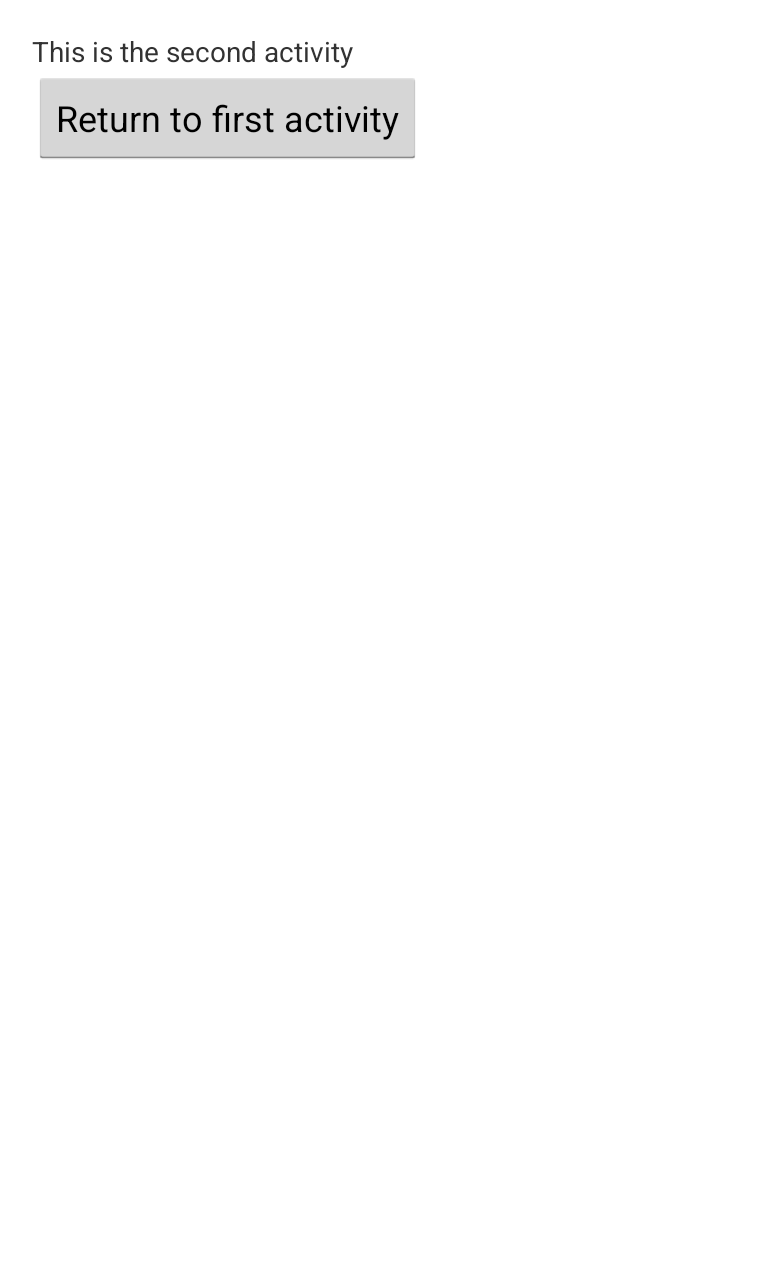
Repository: ericMedeiros93/Android-Dev
Layout: week5_intnet/res/layout/activity_third.xml
These files come from the project's save history. The layout is drawn as it stood at one moment and after the next save; the edit follows.
It is drawn on a 768 x 1280 px phone screen (xhdpi) without system bars, with theme AppTheme; the app's code is not run.

Above is the layout before, as saved 2014-10-01 15:56:26.

### week5_intnet/res/layout/activity_third.xml
<LinearLayout xmlns:android="http://schemas.android.com/apk/res/android"
    xmlns:tools="http://schemas.android.com/tools"
    android:layout_width="match_parent"
    android:layout_height="match_parent"
    android:orientation="vertical"
    android:paddingBottom="@dimen/activity_vertical_margin"
    android:paddingLeft="@dimen/activity_horizontal_margin"
    android:paddingRight="@dimen/activity_horizontal_margin"
    android:paddingTop="@dimen/activity_vertical_margin"
    tools:context="com.ericmedeiros.week5_intnet.MainActivity" >

    <TextView
        android:id="@+id/txtSecondActivity"
        android:layout_width="wrap_content"
        android:layout_height="wrap_content"
        android:text="This is the second activity"/>

     <Button
        android:id="@+id/btnReturn"
        android:layout_width="wrap_content"
        android:layout_height="wrap_content"
        android:onClick="closeSelf"
        android:text="Return to first activity"/>

</LinearLayout>

Loaded but not shown: week5_intnet/res/values/styles.xml (common file); week5_intnet/res/values-v11/styles.xml (common file); week5_intnet/res/values-v14/styles.xml (common file); week5_intnet/res/values/dimens.xml (common file); week5_intnet/res/values-w820dp/dimens.xml (common file)

After the next save:
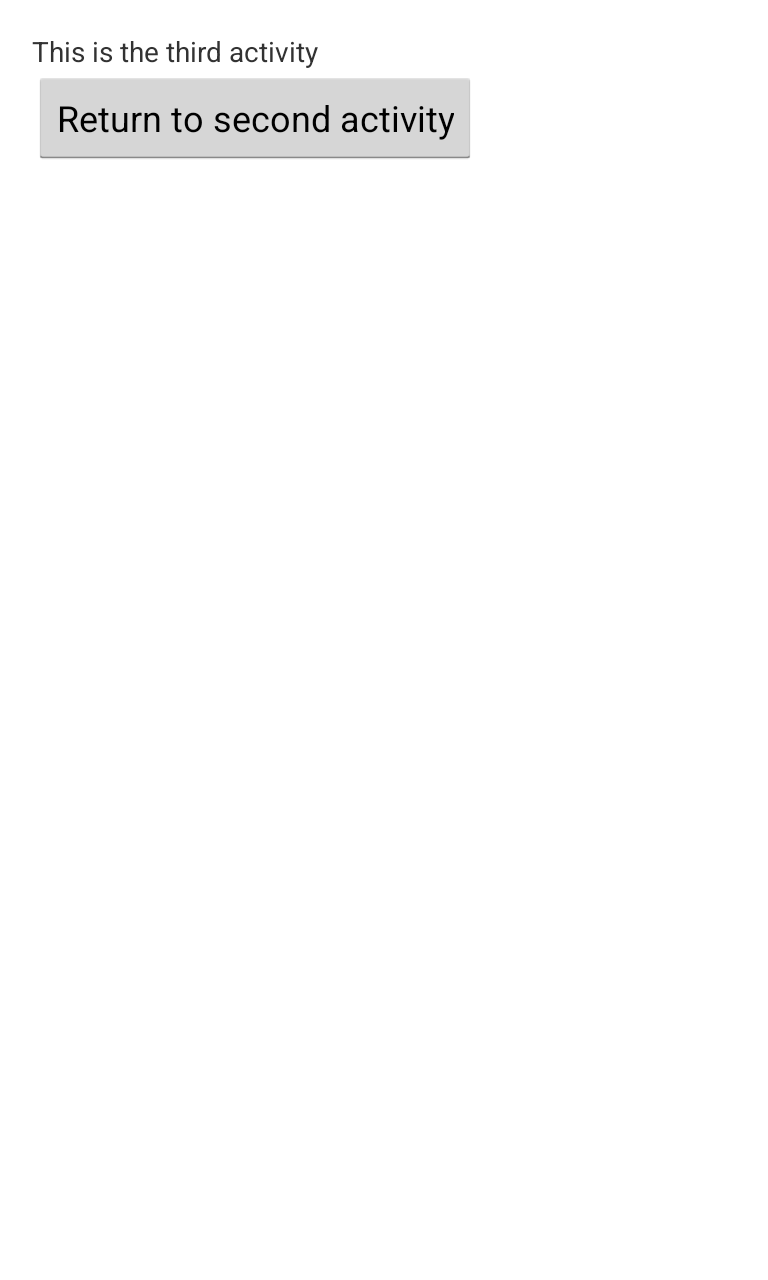
Saved 11 s later.
--- a/week5_intnet/res/layout/activity_third.xml
+++ b/week5_intnet/res/layout/activity_third.xml
@@ -13,13 +13,13 @@
         android:id="@+id/txtSecondActivity"
         android:layout_width="wrap_content"
         android:layout_height="wrap_content"
-        android:text="This is the second activity"/>
+        android:text="This is the third activity"/>
 
      <Button
         android:id="@+id/btnReturn"
         android:layout_width="wrap_content"
         android:layout_height="wrap_content"
         android:onClick="closeSelf"
-        android:text="Return to first activity"/>
+        android:text="Return to second activity"/>
 
 </LinearLayout>
